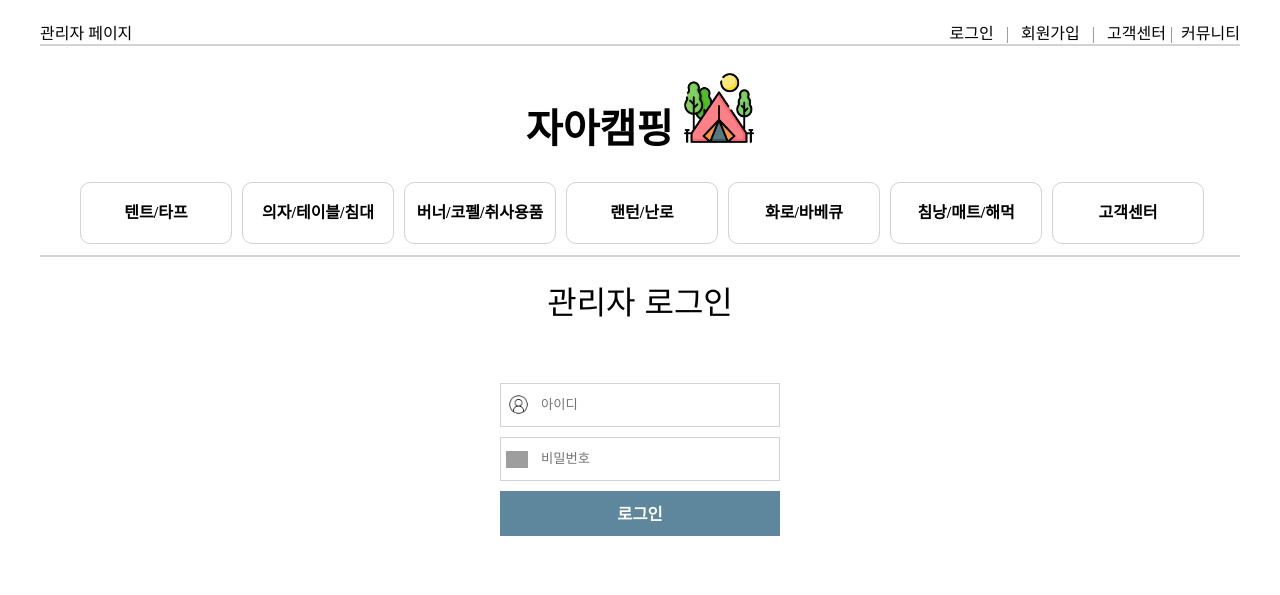
Repository: JJang-Ah/JSP-shoping-mall-project
Page: http://localhost/JaAhCamping/manager/logon/managerLoginForm.jsp
An editor plug-in stored every save of this project. The page is shown before and after a run of saves, followed by the edit.
The browser window is 1280 px wide. The pictures show the whole page.
Pictures or frames that could not be fetched are drawn as grey boxes. Some web fonts or font styles are not loaded; a fallback is used. The page is served by Tomcat 9. Other server files are loaded and not shown.

Above is the page before, as saved 2022-06-06 11:19:24.

### JaAhCamping/WebContent/manager/logon/managerLoginForm.jsp
<%@ page language="java" contentType="text/html; charset=UTF-8"
    pageEncoding="UTF-8"%>
<!DOCTYPE html>
<html>
<head>
<meta charset="UTF-8">
<title>관리자 로그인 폼</title>
<style>
@import url('https://fonts.googleapis.com/css2?family=Do+Hyeon&family=Hammersmith+One&family=Paytone+One&display=swap');
a { text-decoration: none; color: black;}
/* 상단 - 메인, 서브 타이틀 */
.m_title { font-family:'Paytone One', sans-serif; text-align: center;}

.s_title { font-family:'Do Hyeon', sans-serif; font-size: 2em; text-align: center; margin-top;: 40px; margin-bottom: 30px}

/* 중단 - 로그인 박스 */
.a_box { width: 300px; margin: 60px auto;}
.b_box { border: 1px solid lightgray; padding: 5px; margin: 10px;}
.b_box input[type='text'], .b_box input[type='password'] { height: 30px; padding-left: 35px; border: none;}
.b_box input[type='text']:focus, .b_box input[type='password']:focus { outline: none;}
.b_box input[type='text'] { background: url('../../icons/login_id.png') no-repeat; background-size: 25px; background-position: left center;}
.b_box input[type='password'] { background: url('../../icons/login_pwd.png') no-repeat; background-size: 22px; background-position: left center;}
.c_box { padding: 0; margin: 10px;}
.c_box input[type='button'] { width: 280px; height: 45px; border: none; background: #5e869c; color: #fff; font-weight: bold; font-size: 1.03em;}
</style>

<script>

document.addEventListener("DOMContentLoaded", function() {
	let form = document.managerLoginForm;

	let btn_login = document.getElementById("btn_login");
	btn_login.addEventListener("click", function() {
		if(!form.managerId.value) {
			alert('아이디를 입력하시오.');
			form.managerId.focus();
			return;
		}
		if(!form.managerPwd.value) {
			alert('비밀번호를 입력하시오.');
			form.managerPwd.focus();
			return;
		}
		form.submit();
	})
})

</script>
</head>
<body>

<div id="container">
	<jsp:include page="../../mall/shopTop.jsp"></jsp:include>

	<div class="s_title">관리자 로그인</div>

	<form action="managerLoginPro.jsp" method="post" name="managerLoginForm">
		<div class="a_box">
			<div class="b_box">
				<%-- flaticon 사이트에서 아이콘 다운 --%>
				<input type="text" name="managerId" id="managerId" placeholder="아이디" size="28">
			</div>
			<div class="b_box">
				<input type="password" name="managerPwd" id="managerPwd" placeholder="비밀번호" size="28">
			</div>
			<div class="c_box">
				<input type="button" value="로그인" id="btn_login">
			</div>
		</div>

	</form>
</div>

</body>
</html>

### JaAhCamping/WebContent/mall/shopTop.jsp
<%@ page language="java" contentType="text/html; charset=UTF-8"
    pageEncoding="UTF-8"%>
<!DOCTYPE html>
<html>
<head>
<meta charset="UTF-8">
<title>Insert title here</title>
<link href="https://fonts.googleapis.com/css2?family=Do+Hyeon&display=swap" rel="stylesheet">

<style>
#container { width: 1200px; margin: 20px auto;}
/* 상단 */
a { text-decoration: none; color: black;}
.t_box1 { text-align: right;}
.t_box1 #admin_page { display: inline-block; float: left;}
.t_box1 .user_menu { display: inline-block; float: right; color: gray;}
.h_line { clear: both; border: 1px solid lightgray; margin-top: 20px;}
.title { text-align: center; font-family: 'Do Hyeon', sans-serif; font-size: 40px;}
#camping { width: 70px; height: 70px;}
#title_sub_go { font-size: 0.8em;}

/* 메뉴 */
.m_menu { list-style: none; font-weight: bold;}
.m_menu .m_m_list { display: inline-block; float: left; width: 150px; height: 60px;
margin-right: 10px; border: 1px solid lightgray; text-align: center; line-height: 60px; border-radius: 10px;}
.m_menu > .m_m_list { position: relative;}
.m_menu { color: black;}
.m_menu > .m_m_list:hover >.s_menu { display: block;}
.m_m_list > .s_menu { display: none; position: absolute; top: 60px; border: 1px solid black; background: #f0f0f0; border-radius: 10px;}
.s_menu .s_m_list { text-align: left; width: 200px;}

.t_line { clear: both; border: 1px solid lightgray; margin-top: 100px;}
</style>
</head>
<body>
<%
request.setCharacterEncoding("utf-8");

String memberId = (String)session.getAttribute("memberId");

if(memberId == null) {

}

%>
<div id="container">

	<div class="t_box1"> <%--  --%>
		<div id="admin_page"><a href="../manager/managerMain.jsp">관리자 페이지</a></div>
		<div class="user_menu">
		<%if(memberId == null) {  %>
			<a href="../logon/memberLoginForm.jsp"><span>로그인</span></a>&ensp; |&ensp;
			<a href="../member/memberJoinForm.jsp"><span>회원가입</span></a>&ensp; |&ensp;
		<%} else { %>
			<a href="../member/memberInfoForm.jsp"><span><%=memberId %>님</span></a>&ensp; |&ensp;
			<a href="../logon/memberLogout.jsp"><span>로그아웃</span></a>&ensp; |&ensp;
			<a href="#"><span>장바구니</span></a>&ensp; |&ensp;
		<%} %>
		<a href="#">고객센터</a>&nbsp;|&nbsp;
		<a href="#">커뮤니티</a>
		</div>
	</div>
	<hr class="h_line">

	<%-- 상단 제목 --%>
	<h1 class="title"><a href="http://localhost:8088/JaAhCamping/mall/shopAll.jsp">자아캠핑&nbsp;<img alt="camping" src="../icons/camping.png" id="camping"></a></h1>



	<nav class="menu">
		<ul class="m_menu">
			<li class="m_m_list"><a href="#">텐트/타프</a>
				<div class="s_menu">
					<ul>
						<li class="s_m_list"><a href="#">텐트</a></li>
						<li class="s_m_list"><a href="#">텐트관련품</a></li>
						<li class="s_m_list"><a href="#">타프</a></li>
						<li class="s_m_list"><a href="#">폴대/펙/스트링/스토퍼</a></li>
						<li class="s_m_list"><a href="#">공구</a></li>
						<li class="s_m_list"><a href="#">기타(텐트/타프)</a></li>
					</ul>
				</div>
			</li>
			<li class="m_m_list"><a href="#">의자/테이블/침대</a>
				<div class="s_menu">
					<ul>
						<li class="s_m_list"><a href="#">의자</a></li>
						<li class="s_m_list"><a href="#">테이블</a></li>
						<li class="s_m_list"><a href="#">선반/수납가구</a></li>
						<li class="s_m_list"><a href="#">야전침대</a></li>
						<li class="s_m_list"><a href="#">퍼니쳐</a></li>
						<li class="s_m_list"><a href="#">기타(의자/테이블/침대)</a></li>
					</ul>
				</div>
			</li>
			<li class="m_m_list"><a href="#">버너/코펠/취사용품</a>
				<div class="s_menu">
					<ul>
						<li class="s_m_list"><a href="#">버너</a></li>
						<li class="s_m_list"><a href="#">코펠</a></li>
						<li class="s_m_list"><a href="#">취사용품</a></li>
						<li class="s_m_list"><a href="#">식기류</a></li>
						<li class="s_m_list"><a href="#">기타(버터/코펠/취사용품)</a></li>
					</ul>
				</div>
			</li>
			<li class="m_m_list"><a href="#">랜턴/난로</a>
				<div class="s_menu">
					<ul>
						<li class="s_m_list"><a href="#">랜턴</a></li>
						<li class="s_m_list"><a href="#">후레쉬</a></li>
						<li class="s_m_list"><a href="#">난로</a></li>
						<li class="s_m_list"><a href="#">액세서리</a></li>
						<li class="s_m_list"><a href="#">기타(랜턴/난로)</a></li>
					</ul>
				</div>
			</li>
			<li class="m_m_list"><a href="#">화로/바베큐</a>
				<div class="s_menu">
					<ul>
						<li class="s_m_list"><a href="#">화로대</a></li>
						<li class="s_m_list"><a href="#">바베큐 그릴</a></li>
						<li class="s_m_list"><a href="#">토치</a></li>
						<li class="s_m_list"><a href="#">바베큐 소품</a></li>
						<li class="s_m_list"><a href="#">기타(화로/바베큐)</a></li>
					</ul>
				</div>
			</li>
			<li class="m_m_list"><a href="#">침낭/매트/해먹</a>
				<div class="s_menu">
					<ul>
						<li class="s_m_list"><a href="#">침낭</a></li>
						<li class="s_m_list"><a href="#">베개/쿠션/방석</a></li>
						<li class="s_m_list"><a href="#">매트</a></li>
						<li class="s_m_list"><a href="#">해먹</a></li>
						<li class="s_m_list"><a href="#">기타(침낭/매트/해먹)</a></li>
					</ul>
				</div>
			</li>
			<li class="m_m_list"><a href="#">고객센터</a>
			</li>
		</ul>
	</nav>
	<hr class="t_line">
</div>

</body>
</html>

After the next 2 saves:
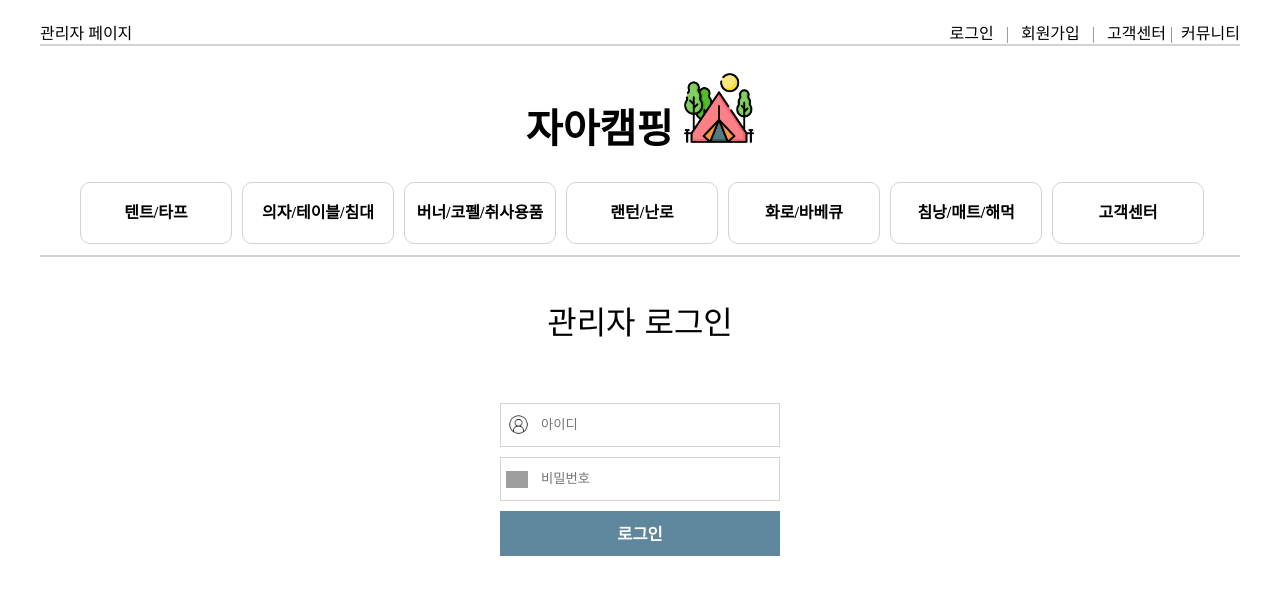
The 2 saves are shown as one change because they came seconds apart.
The last was saved 9 s later.
--- a/JaAhCamping/WebContent/manager/logon/managerLoginForm.jsp
+++ b/JaAhCamping/WebContent/manager/logon/managerLoginForm.jsp
@@ -11,7 +11,7 @@ a { text-decoration: none; color: black;}
 /* 상단 - 메인, 서브 타이틀 */
 .m_title { font-family:'Paytone One', sans-serif; text-align: center;}
 
-.s_title { font-family:'Do Hyeon', sans-serif; font-size: 2em; text-align: center; margin-top;: 40px; margin-bottom: 30px}
+.s_title { font-family:'Do Hyeon', sans-serif; font-size: 2em; text-align: center; margin-top: 40px; margin-bottom: 30px;}
 
 /* 중단 - 로그인 박스 */
 .a_box { width: 300px; margin: 60px auto;}
